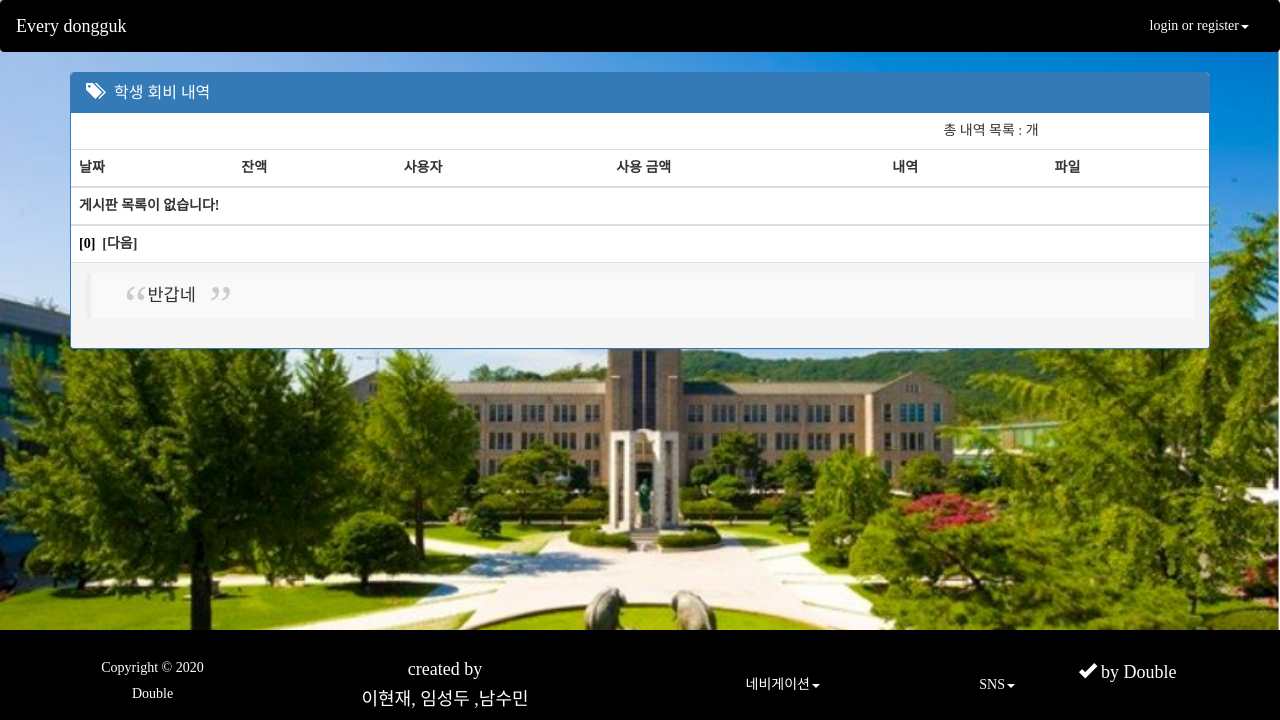
Repository: CSID-DGU/2020-1-ESCD-DOUBLE
Page: http://localhost/web/WEB-INF/views/bank/blistall.jsp
An editor plug-in stored every save of this project. The page is shown before and after the next save, followed by the edit.
The browser window is 1280 px wide. The pictures show the whole page.
Some web fonts or font styles are not loaded; a fallback is used. Some web libraries are served in a nearby version. The page is served by Tomcat 9. Nobody is signed in. Other server files are loaded and not shown. The template is opened directly, without the code that normally fills it, so the values that code supplies are empty.

Above is the page before, as saved 2020-05-10 14:30:52.

### web/src/main/webapp/WEB-INF/views/bank/blistall.jsp
<%@ page language="java" contentType="text/html; charset=EUC-KR"
    pageEncoding="EUC-KR"%>
    <%@ taglib prefix="c" uri="http://java.sun.com/jsp/jstl/core"%>
<!DOCTYPE html>
<html>
<head>
<link rel="stylesheet" href="resources/css/bootstrap.css">
<link rel="stylesheet" href="resources/css/customize.css">
<link rel="stylesheet" href="resources/css/template.css">
<script src="https://code.jquery.com/jquery-3.1.1.min.js"></script>
<script src="resources/js/bootstrap.js"></script>

<meta charset="EUC-KR">
<title>Insert title here</title>
<style>

blockquote{
background:#f9f9f9;
border-left:10px solid #cccccc;
margin: 1.5em 10px;
padding: 0.5em 10px;
quotes: "\201C""\201D""\2018""\2019"
}
blockquote:before{
color:#cccccc;
content:open-quote;
font-size:3em;
line-height:0.1em;
margin-left:0.25em;
vertical-align:-0.4em;
}
blockquote:after{
color:#cccccc;
content:close-quote;
font-size:3em;
line-height:0.1em;
margin-left:0.25em;
vertical-align:-0.4em;
}


</style>
</head>
<body>

<%@include file="../template/header.jsp"%>
<div class="container">
	<div class="row">
		<div class="col-xs-12">
		<div class="panel panel-primary">
		<div class="panel-heading">
			<h3 class="panel-title">
				<span class="glyphicon glyphicon-tags"></span>
				&nbsp;&nbsp;학생 회비 내역
			</h3>
		</div>

		<table class="table">
			<thead>
			  <tr>
  				<td colspan="5" align="right"> 총 내역 목록 : <b>${totalCount }</b>개
  			</tr>
			<tr>
			<th>날짜</th>	<th>잔액</th>	<th>사용자</th>	<th>사용 금액</th><th>내역</th><th>파일</th>
			</tr>
			</thead>
			<tbody>
	  <c:if test="${!empty bl }">
   <c:forEach var= "list" items="${bl }">
   <tr>
    <th>${list.getBdate() }</th><input type="hidden" name="Bdate">
    <th>${list.getBrest() }</th><input type="hidden" name="Brest">
    <th>${list.getBuser() }</th><input type="hidden" name="Buser">
    <th>${list.getBinout() }</th><input type="hidden" name="Binout">
    <th>${list.getBmemo() }</th><input type="hidden" name="Bmemo">
    <th><a href="/web/downloadFile?fname=${list.getFname() }  ">${list.getFname() }  </a><br>


    </th>
  </tr></c:forEach></c:if>

    <c:if test="${empty bl }">
  <tr>
   <th colspan="5">게시판 목록이 없습니다!</th></tr></c:if>
			</tbody>
	<center><tr>
   		<th colspan="5">
   			<c:if test="${page<=1 }">
   				[이전]&nbsp;
   			</c:if>
   			<c:if test="${page>1 }">
   				<a href="/web/blistall?page=${page-1 }">[이전]</a>&nbsp;
   			</c:if>

   			<%--현재쪽 번호 출력 --%>
   			<c:forEach var="a" begin="${startpage }" end="${endpage }" step="1">
   				<c:if test="${a==page }"><%--현재 쪽번호가 선택된 경우는 링크 없어도됨 --%>
   					 <${a }>
   				</c:if>
   				<c:if test="${a!=page}">
   					<a href="/web/blistall?page=${a }">[${a }]</a>&nbsp;

   				</c:if>
   			</c:forEach>
   			<c:if test="${page>=endpage }"><!-- maxpage =>endpage로바꾸면..? -->
   			[다음]
   			</c:if>
   			<c:if test="${page<endpage }">
   			<a href="/web/blistall?page=${page+1 }">[다음]</a>
   			</c:if>

   		</th>
   </tr></center>
		</table>
			<div class="panel-footer">
					<blockquote>반갑네</blockquote>
			</div>

		</div></div>
	</div>
</div>

<div class="footer">
<%@include file="../template/footer.jsp"%></div>
</body>
</html>

### web/src/main/webapp/WEB-INF/views/template/header.jsp
<%@ page language="java" contentType="text/html; charset=EUC-KR"
    pageEncoding="EUC-KR"%>
<!DOCTYPE html>
<html>
<head>
<meta charset="EUC-KR">
<title>Insert title here</title>
<link rel="stylesheet" href="resources/css/bootstrap.css">
<link rel="stylesheet" href="resources/css/customize.css">
</head>
<body>
<script src="https://code.jquery.com/jquery-3.1.1.min.js"></script>
<script src="resources/js/bootstrap.js"></script>
<%@taglib prefix= "c" uri= "http://java.sun.com/jsp/jstl/core" %>
<nav class="navbar navbar-default">
	<div class="container-fluid">

		<div class="navbar-header">
			<button type="button" class="navbar-toggle collapsed" data-toggle="collapse"
			data-target="#bs-example-navbar-collapse-1" aria-expanded="false"><!-- 크기를 줄였을때 나타나는 버튼 -->
				<span class="sr-only"></span>
				<span class="icon-bar"></span>
				<span class="icon-bar"></span>
				<span class="icon-bar"></span>
			</button>
			<a class="navbar-brand" href="index">Every dongguk</a>
		</div>

		<div class="collapse navbar-collapse" id="bs-example-navbar-collapse-1"><!-- 네비 중간 대부분을 차지함 -->

			<ul class="nav navbar-nav navbar-right">
				<li class="dropdown">
					<a href="#" class="dropdown-toggle" data-toggle="dropdown" role="button"
					aria-haspopup="true" aria-expanded="false"><c:if test="${empty Sid }">login or register</c:if><c:if test="${not empty Sid }">${Sid } 님 환영합니다.</c:if><span class="caret"></span></a>
					<ul class="dropdown-menu">

					<c:choose>
					<c:when test="${empty Sid }">
						<li><a href="login_form">로그인</a></li>
						<li><a href="register_form">회원가입</a></li>
					</c:when>
					<c:otherwise>
						<li><a href="logout">로그아웃</a></li>
						<li><a href="mypage">마이페이지(${Sid})</a></li>
						</c:otherwise>
						</c:choose>

					</ul>

				</li>
			</ul>

		</div>
	</div>
</nav>



</body>
</html>

### web/src/main/webapp/WEB-INF/views/template/footer.jsp
<%@ page language="java" contentType="text/html; charset=EUC-KR"
    pageEncoding="EUC-KR"%>
<!DOCTYPE html>
<html>
<head>
<meta charset="EUC-KR">
<title>Insert title here</title>
<link rel="stylesheet" href="resources/css/bootstrap.css">
<link rel="stylesheet" href="resources/css/customize.css">

</head>
<body>
<script src="https://code.jquery.com/jquery-3.1.1.min.js"></script>
<script src="resources/js/bootstrap.js"></script>

<style type="text/css">
#footul ,#footul2{
color:white;}
#footul:hover ,#footul2:hover{

background-color:black;


}
#footul:focus,#footul2:hover{
background-color:black;}

</style>

<footer style="background-color: #000000;color:#ffffff">
	<div class="container">
		<br>
		<div class="row">
			<div class="col-sm-2" style="text-align: center;"><h5>Copyright &copy; 2020</h5><h5>Double </h5></div>
			<div class="col-sm-4"><h4>created by<h4><p>이현재, 임성두 ,남수민</p></div>
			<div class="col-sm-2"><h4 style="text-align:center;"></h4>

						<ul class="nav navbar-nav navbar-right">
				<li class="dropdown">
					<a href="#" class="dropdown-toggle" data-toggle="dropdown" role="button"
					aria-haspopup="true" aria-expanded="false" id="footul">네비게이션<span class="caret"></span></a>
					<ul class="dropdown-menu">
						<li><a href="#">냐옹</a></li>
						<li><a href="#">멍멍</a></li>
					</ul>

				</li>
			</ul>
			</div>
			<div class="col-sm-2"><h4 style="text-align:center;"></h4>



							<ul class="nav navbar-nav navbar-right">
				<li class="dropdown">
					<a href="#" class="dropdown-toggle" data-toggle="dropdown" role="button"
					aria-haspopup="true" aria-expanded="false" id="footul2">SNS<span class="caret"></span></a>
					<ul class="dropdown-menu">
						<li><a href="#">뭔가 개발자 이메일 보내기?</a></li>
						<li><a href="#">뭐 그런거...</a></li>
					</ul>

				</li>
			</ul>

			</div>
			<div class="col-sm-2"><h4 style="text-align:center;"><span class="glyphicon glyphicon-ok"></span>&nbsp;by Double</h4></div>
	</div>


</div>
</footer>


</body>
</html>

### web/src/main/webapp/resources/css/customize.css
@import url(http://fonts.googleapis.com/earlyaccess/nanumgothic.css);
*{font-family:'Nanum Gothic';}
a{
	color:#000000;
	text-decoration:none;
}
a:hover{
	color:#bbbbbb;
	text-decoration:none;
	cursor:pointer;
}
.navbar-default{/*까만색!*/
	background-color:#000000;
	border-color:#000000;
}
.navbar-default .navbar-brand{
	color:#ffffff;/*하얀색!*/
}
.navbar-default .navbar-brand:hover,
.navbar-default .navbar-brand:focus{
	background-color:transparent;
	color:#bbbbbb;
}
.navbar-default .navbar-nav> .active>a,
.navbar-default .navbar-nav> .active>a:hover,
.navbar-default .navbar-nav> .active>a:focus{
	color:white;
	background-color:#000000;
}
.navbar-default .navbar-nav> li>a:hover,
.navbar-default .navbar-nav> li>a:focus{
	color:#bbbbbb;
}
.navbar-default .navbar-nav> .open>a,
.navbar-default .navbar-nav> .open>a:hover,
.navbar-default .navbar-nav> .open>a:focus{
	color:#000000;
	background-color:#ffffff;
	text-decoration:none;
}
.navbar-default .navbar-nav>li>a{
	color:white;
}
@media(max-width:767px){
	.navbar-default .navbar-nav .open .dropdown-menu>li>a{
	color:#ffffff;}
	.navbar-default .navbar-nav .open .dropdown-menu>li>a:hover,
	.navbar-default .navbar-nav .open .dropdown-menu>li>a:focus{
	color:#bbbbbb;}

}

### web/src/main/webapp/resources/css/template.css
@charset "UTF-8";

.footer {

position: absolute;
left: 0;
bottom: 0;
width: 100%;
text-align: center;
color: white;
}
body {
		background-image : url('resources/images/dgu.JPG');
		background-repeat : no-repeat;
		background-size : cover;

		background-image : url('/resources/images/dgu.JPG');

		background-image : url('../images/dgu.JPG');
		background-image : url('/images/dgu.JPG');
		background-image : url('images/dgu.JPG');

		background-image : url('../resources/images/dgu.JPG');
}

Loaded but not shown: web/src/main/webapp/resources/css/bootstrap.css (library); web/src/main/webapp/resources/js/bootstrap.js (library)

After the next save:
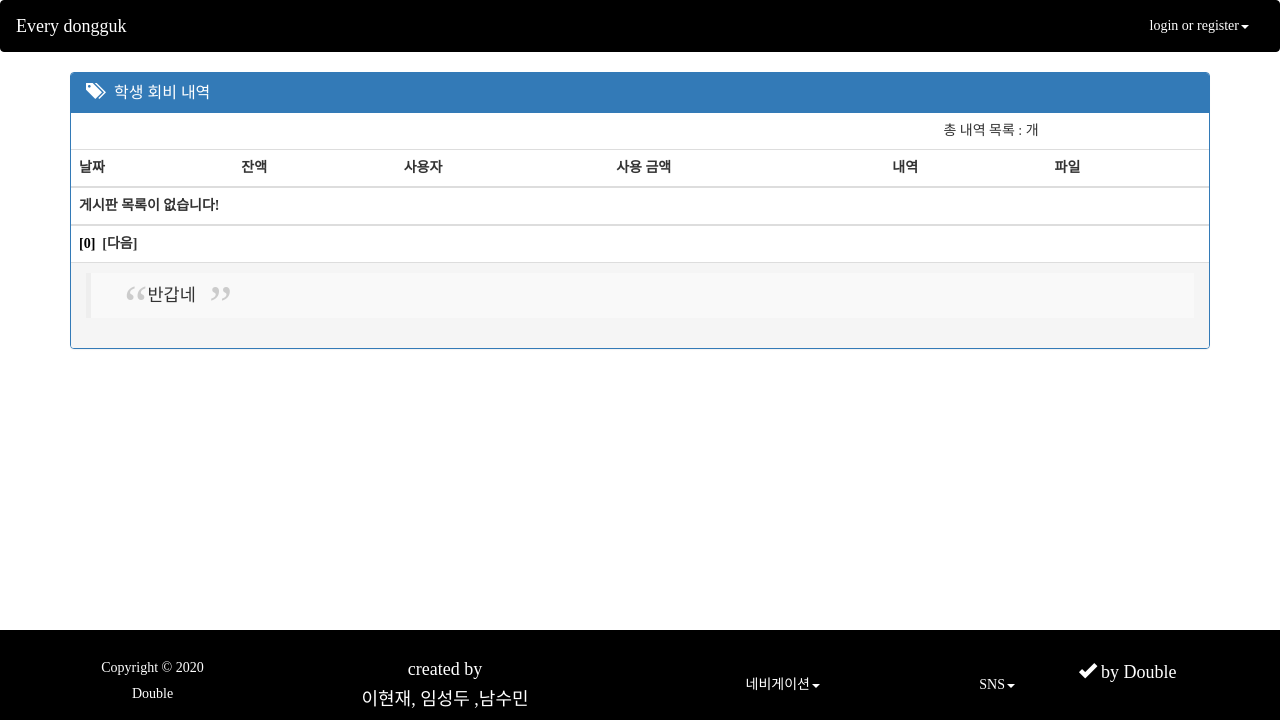
Saved 48 s later.
--- a/web/src/main/webapp/resources/css/template.css
+++ b/web/src/main/webapp/resources/css/template.css
@@ -9,7 +9,7 @@ width: 100%;
 text-align: center;
 color: white;
 }
-body {
+.body {
 		background-image : url('resources/images/dgu.JPG');
 		background-repeat : no-repeat;
 		background-size : cover;
